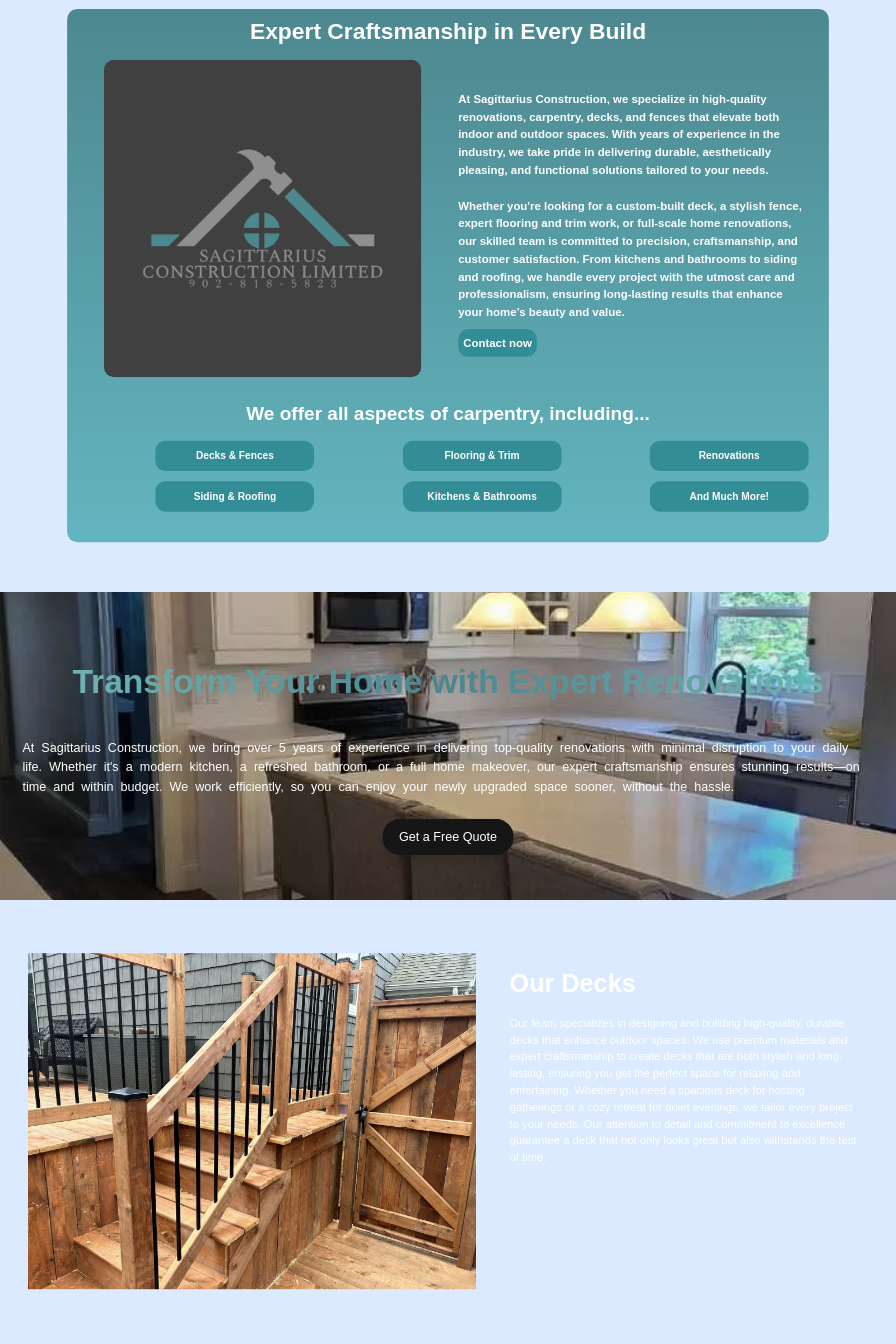
Repository: TMuse333/sagittarius
Page: / (app in frontend/)
These files come from the project's save history. The page is drawn as it stood at one moment and after the next save; the edit follows.
The browser window is 1280 px wide. The pictures show the part of the page from y = 794 to 2714 px (the page is 9780 px tall), at 70% of full size.
The project was rebuilt for these pictures with package versions that can differ from the ones it lists, and the page was loaded fresh each time. The framework's server and built-in components were replaced by stand-ins that run in the browser. Also part of the build but not shown: frontend/next.config.ts.

Above is the page before, as saved 2025-03-17 19:25:33.

After the next save:
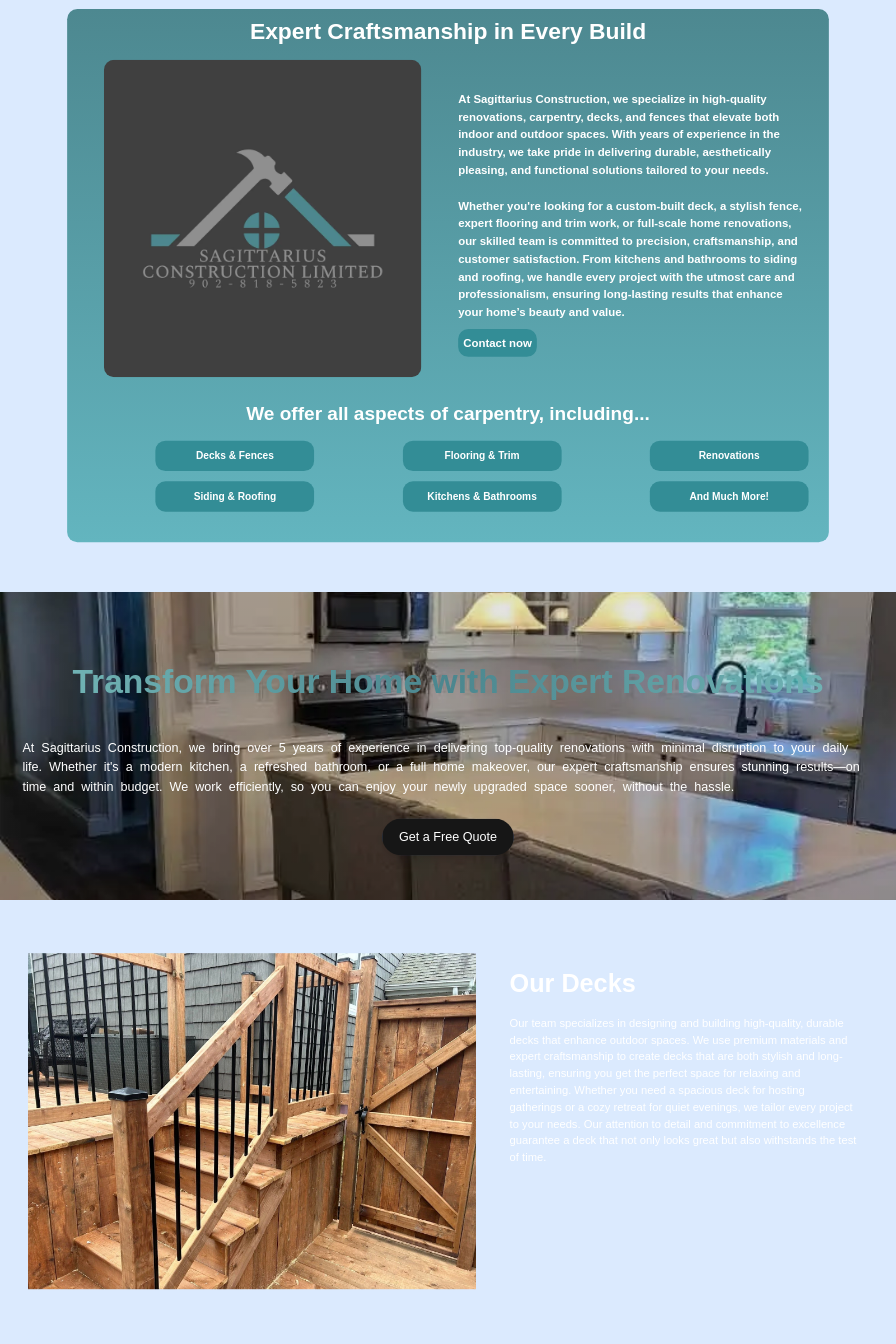
Saved 4 s later.
--- a/frontend/src/components/verticalImageText/verticalImageText.tsx
+++ b/frontend/src/components/verticalImageText/verticalImageText.tsx
@@ -114,7 +114,7 @@
     py-8
    "
    style={{
-    backgroundImage: `linear-gradient(rgba(0, 0, 0, 0), rgba(0, 0, 0, 0.2)), url(${bgImage.src})`,
+    backgroundImage: `linear-gradient(rgba(0, 0, 0, 0.1), rgba(0, 0, 0, 0.2)), url(${bgImage.src})`,
     backgroundSize: "cover", // Ensures the image covers the container
     backgroundPosition: "center", // Centers the image
   }}
